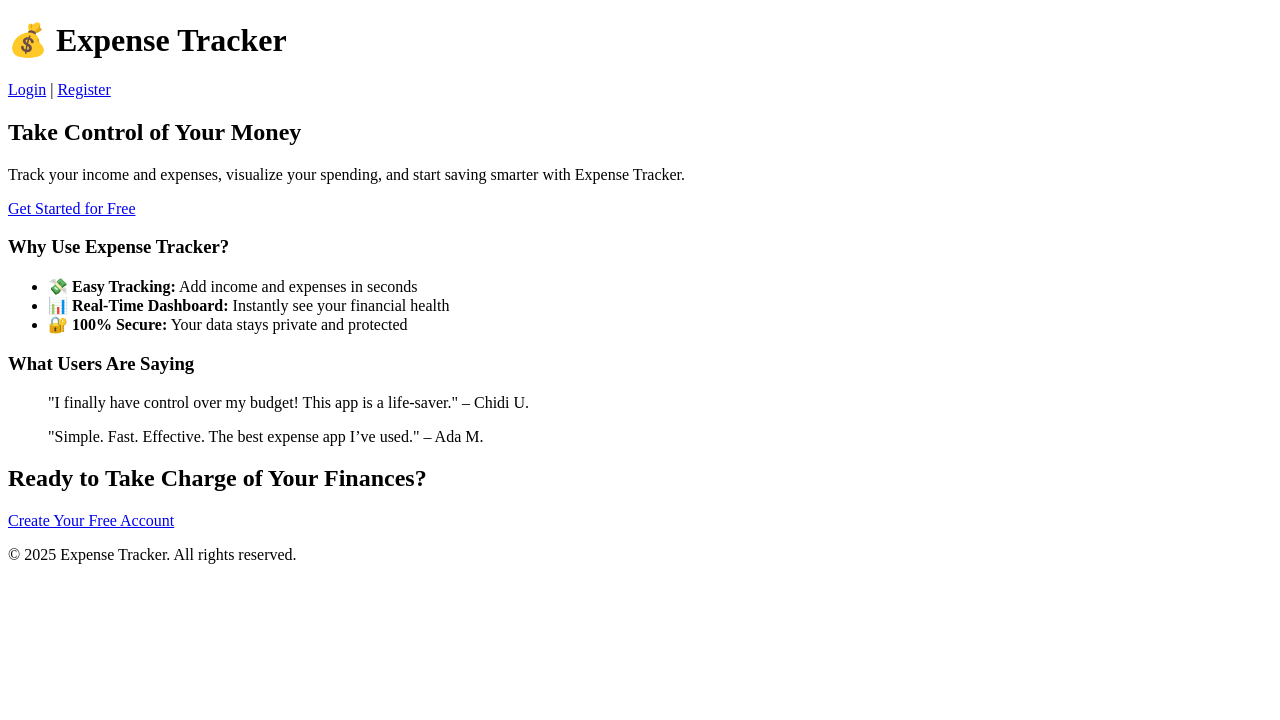
Repository: An-tonDev/expense-tracker
Page: public/index.html
These files come from the project's save history. The page is drawn as it stood at one moment and after the next save; the edit follows.
The browser window is 1280 px wide. The pictures show the whole page.

Above is the page before, as saved 2025-06-27 08:50:17.

### public/index.html
<!DOCTYPE html>
<html lang="en">
<head>
  <meta charset="UTF-8" />
  <meta name="viewport" content="width=device-width, initial-scale=1.0"/>
  <title>Expense Tracker | Take Control of Your Finances</title>
</head>
<body>

  <!-- Header / Navigation -->
  <header>
    <h1>💰 Expense Tracker</h1>
    <nav>
      <a href="/login.html">Login</a> |
      <a href="/register.html">Register</a>
    </nav>
  </header>

  <!-- Hero Section -->
  <section>
    <h2>Take Control of Your Money</h2>
    <p>Track your income and expenses, visualize your spending, and start saving smarter with Expense Tracker.</p>
    <a href="/register.html">Get Started for Free</a>
  </section>

  <!-- Features Section -->
  <section>
    <h3>Why Use Expense Tracker?</h3>
    <ul>
      <li><strong>💸 Easy Tracking:</strong> Add income and expenses in seconds</li>
      <li><strong>📊 Real-Time Dashboard:</strong> Instantly see your financial health</li>
      <li><strong>🔐 100% Secure:</strong> Your data stays private and protected</li>
    </ul>
  </section>

  <!-- Testimonials -->
  <section>
    <h3>What Users Are Saying</h3>
    <blockquote>
      "I finally have control over my budget! This app is a life-saver." – Chidi U.
    </blockquote>
    <blockquote>
      "Simple. Fast. Effective. The best expense app I’ve used." – Ada M.
    </blockquote>
  </section>

  <!-- Call to Action -->
  <section>
    <h2>Ready to Take Charge of Your Finances?</h2>
    <a href="/register.html">Create Your Free Account</a>
  </section>

  <!-- Footer -->
  <footer>
    <p>&copy; 2025 Expense Tracker. All rights reserved.</p>
  </footer>

</body>
</html>

After the next save:
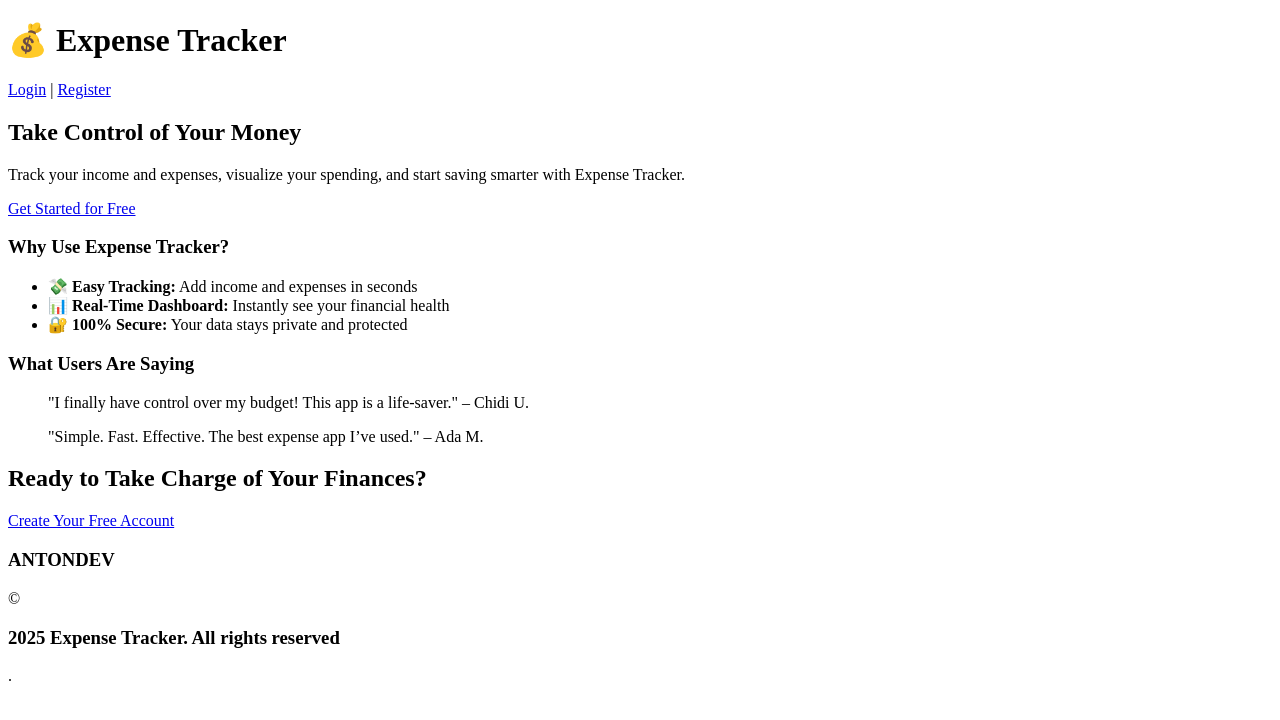
Saved 1 s later.
--- a/public/index.html
+++ b/public/index.html
@@ -52,7 +52,7 @@
 
   <!-- Footer -->
   <footer>
-    <p>&copy; 2025 Expense Tracker. All rights reserved.</p>
+    <p> <h3>ANTONDEV</h3>&copy;<h3> 2025 Expense Tracker. All rights reserved</h3>.</p>
   </footer>
 
 </body>
